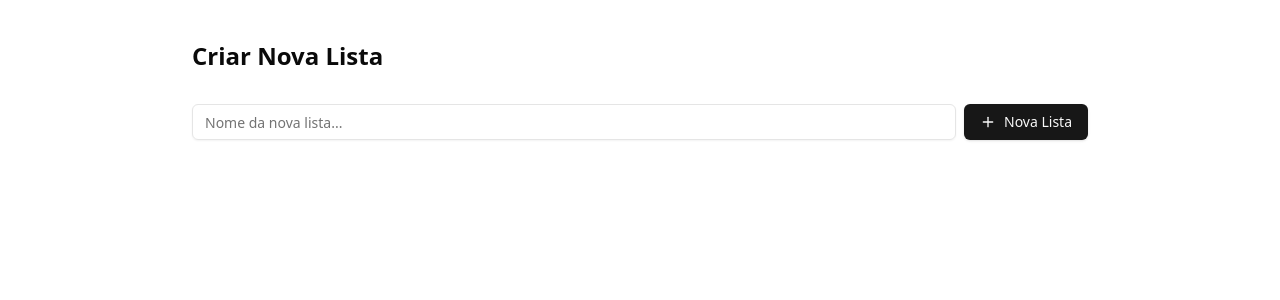
Repository: ribeirosacarlos/ts-frontend
Page: /
An editor plug-in stored every save of this project. The page is shown before and after the next save, followed by the edit.
The browser window is 1280 px wide. The pictures show the whole page.
The page's requests for data from a server got no answer. The project was rebuilt for these pictures with package versions that can differ from the ones it lists, and the page was loaded fresh each time. No one was signed in, and anything a server would have sent is missing. Also part of the build but not shown: vite.config.ts, src/components/ui/checkbox.tsx, src/components/ui/card.tsx.

Above is the page before, as saved 2025-05-15 15:53:01.

### src/App.tsx
import { useEffect, useState } from 'react'
import { Input } from "@/components/ui/input";
import { Button } from "@/components/ui/button";
import { Checkbox } from "@/components/ui/checkbox";
import { Card, CardContent } from "@/components/ui/card";
import { Trash2, Plus } from "lucide-react";

type Task = {
  id: number;
  to_do_list_id: number;
  description: string;
  is_completed: number;
  created_at: string;
  updated_at: string;
}

type TodoList = {
  id: number;
  name: string;
  created_at: string;
  updated_at: string;
  tasks: Task[];
}

function App() {
  const [todoLists, setTodoLists] = useState<TodoList[]>([]);
  const [newTasks, setNewTasks] = useState<{ [key: number]: string }>({});
  const [newListName, setNewListName] = useState("");

  useEffect(() => {
    fetchTodoLists();
  }, []);

  const fetchTodoLists = async () => {
    try {
      const response = await fetch("http://localhost:8080/api/to-do-lists");
      const data = await response.json();
      setTodoLists(data);
    } catch (error) {
      console.error("Erro ao buscar listas:", error);
    }
  };

  const createNewList = async () => {
    if (!newListName.trim()) return;

    try {
      await fetch("http://localhost:8080/api/to-do-lists", {
        method: "POST",
        headers: { "Content-Type": "application/json" },
        body: JSON.stringify({ name: newListName }),
      });
      setNewListName("");
      fetchTodoLists();
    } catch (error) {
      console.error("Erro ao criar lista:", error);
    }
  };

  const deleteList = async (listId: number) => {
    try {
      await fetch(`http://localhost:8080/api/to-do-lists/${listId}`, {
        method: "DELETE",
      });
      fetchTodoLists();
    } catch (error) {
      console.error("Erro ao excluir lista:", error);
    }
  };

  const createTask = async (listId: number) => {
    const taskDescription = newTasks[listId];
    if (!taskDescription?.trim()) return;

    try {
      await fetch("http://localhost:8080/api/tasks", {
        method: "POST",
        headers: { "Content-Type": "application/json" },
        body: JSON.stringify({
          description: taskDescription,
          to_do_list_id: listId
        }),
      });
      setNewTasks(prev => ({ ...prev, [listId]: "" }));
      fetchTodoLists();
    } catch (error) {
      console.error("Erro ao criar tarefa:", error);
    }
  };

  const toggleTask = async (task: Task) => {
    try {
      await fetch(`http://localhost:3333/tasks/${task.id}`, {
        method: "PUT",
        headers: { "Content-Type": "application/json" },
        body: JSON.stringify({
          is_completed: task.is_completed ? 0 : 1,
        }),
      });
      fetchTodoLists();
    } catch (error) {
      console.error("Erro ao atualizar tarefa:", error);
    }
  };

  const deleteTask = async (taskId: number) => {
    try {
      await fetch(`http://localhost:8080/api/tasks/${taskId}`, {
        method: "DELETE",
      });
      fetchTodoLists();
    } catch (error) {
      console.error("Erro ao excluir tarefa:", error);
    }
  };

  return (
    <div className="max-w-4xl mx-auto mt-10 space-y-8">
      <div className="flex items-center justify-between">
        <h2 className="text-2xl font-bold">Criar Nova Lista</h2>
      </div>
        <div className="flex gap-2 mb-8 items-center justify-between">
        <Input
          placeholder="Nome da nova lista..."
          value={newListName}
          onChange={(e: React.ChangeEvent<HTMLInputElement>) => setNewListName(e.target.value)}
          onKeyDown={(e: React.KeyboardEvent<HTMLInputElement>) => {
            if (e.key === "Enter") createNewList();
          }}
        />
        <Button onClick={createNewList} className="flex items-center gap-2">
          <Plus className="h-4 w-4" />
          Nova Lista
        </Button>
      </div>

      {todoLists.map((list) => (
        <div key={list.id} className="space-y-4">
          <div className="flex items-center justify-between">
            <h2 className="text-2xl font-bold">{list.name}</h2>
            <Button
              variant="ghost"
              size="icon"
              className="h-8 w-8"
              onClick={() => deleteList(list.id)}
            >
              <Trash2 className="h-4 w-4" />
            </Button>
          </div>

          <div className="flex gap-2">
            <Input
              placeholder="Digite uma nova tarefa..."
              value={newTasks[list.id] || ""}
              onChange={(e: React.ChangeEvent<HTMLInputElement>) =>
                setNewTasks(prev => ({ ...prev, [list.id]: e.target.value }))
              }
              onKeyDown={(e: React.KeyboardEvent<HTMLInputElement>) => {
                if (e.key === "Enter") createTask(list.id);
              }}
            />
            <Button onClick={() => createTask(list.id)}>Adicionar</Button>
          </div>

          <div className="space-y-2">
            {list.tasks.map((task) => (
              <Card key={task.id}>
                <CardContent className="flex items-center justify-between p-4">
                  <div className="flex items-center gap-2">
                    <Checkbox
                      checked={task.is_completed === 1}
                      onCheckedChange={() => toggleTask(task)}
                    />
                    <span
                      className={`${
                        task.is_completed === 1 ? "line-through text-gray-400" : ""
                      }`}
                    >
                      {task.description}
                    </span>
                  </div>
                  <Button
                    variant="ghost"
                    size="icon"
                    className="h-8 w-8"
                    onClick={() => deleteTask(task.id)}
                  >
                    <Trash2 className="h-4 w-4" />
                  </Button>
                </CardContent>
              </Card>
            ))}
          </div>
        </div>
      ))}
    </div>
  );
}

export default App

### src/components/ui/input.tsx
import * as React from "react"

import { cn } from "@/lib/utils"

const Input = React.forwardRef<HTMLInputElement, React.ComponentProps<"input">>(
  ({ className, type, ...props }, ref) => {
    return (
      <input
        type={type}
        className={cn(
          "flex h-9 w-full rounded-md border border-input bg-transparent px-3 py-1 text-base shadow-sm transition-colors file:border-0 file:bg-transparent file:text-sm file:font-medium file:text-foreground placeholder:text-muted-foreground focus-visible:outline-none focus-visible:ring-1 focus-visible:ring-ring disabled:cursor-not-allowed disabled:opacity-50 md:text-sm",
          className
        )}
        ref={ref}
        {...props}
      />
    )
  }
)
Input.displayName = "Input"

export { Input }

### src/components/ui/button.tsx
import * as React from "react"
import { Slot } from "@radix-ui/react-slot"
import { cva, type VariantProps } from "class-variance-authority"

import { cn } from "@/lib/utils"

const buttonVariants = cva(
  "inline-flex items-center justify-center gap-2 whitespace-nowrap rounded-md text-sm font-medium transition-colors focus-visible:outline-none focus-visible:ring-1 focus-visible:ring-ring disabled:pointer-events-none disabled:opacity-50 [&_svg]:pointer-events-none [&_svg]:size-4 [&_svg]:shrink-0",
  {
    variants: {
      variant: {
        default:
          "bg-primary text-primary-foreground shadow hover:bg-primary/90",
        destructive:
          "bg-destructive text-destructive-foreground shadow-sm hover:bg-destructive/90",
        outline:
          "border border-input bg-background shadow-sm hover:bg-accent hover:text-accent-foreground",
        secondary:
          "bg-secondary text-secondary-foreground shadow-sm hover:bg-secondary/80",
        ghost: "hover:bg-accent hover:text-accent-foreground",
        link: "text-primary underline-offset-4 hover:underline",
      },
      size: {
        default: "h-9 px-4 py-2",
        sm: "h-8 rounded-md px-3 text-xs",
        lg: "h-10 rounded-md px-8",
        icon: "h-9 w-9",
      },
    },
    defaultVariants: {
      variant: "default",
      size: "default",
    },
  }
)

export interface ButtonProps
  extends React.ButtonHTMLAttributes<HTMLButtonElement>,
    VariantProps<typeof buttonVariants> {
  asChild?: boolean
}

const Button = React.forwardRef<HTMLButtonElement, ButtonProps>(
  ({ className, variant, size, asChild = false, ...props }, ref) => {
    const Comp = asChild ? Slot : "button"
    return (
      <Comp
        className={cn(buttonVariants({ variant, size, className }))}
        ref={ref}
        {...props}
      />
    )
  }
)
Button.displayName = "Button"

export { Button, buttonVariants }

Loaded but not shown: index.html (common file); src/main.tsx (common file); src/index.css (common file); src/lib/utils.ts (common file); tailwind.config.js (common file)

After the next save:
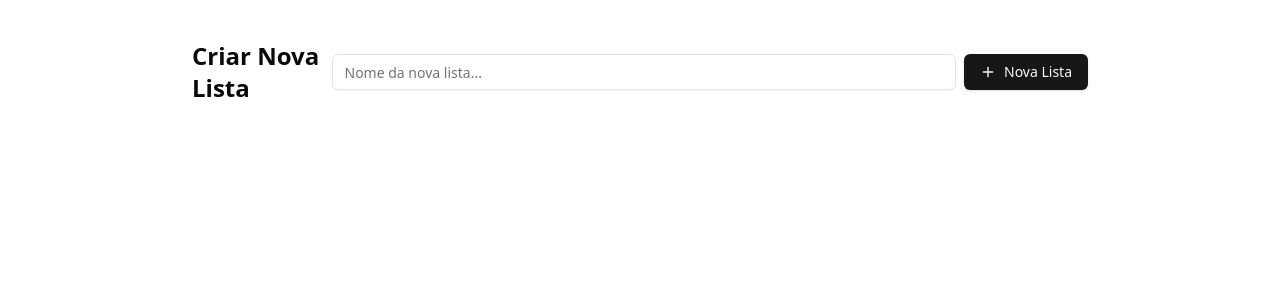
Saved 10 s later.
--- a/src/App.tsx
+++ b/src/App.tsx
@@ -116,10 +116,8 @@ function App() {
 
   return (
     <div className="max-w-4xl mx-auto mt-10 space-y-8">
-      <div className="flex items-center justify-between">
+      <div className="flex gap-2 mb-8 items-center justify-between">
         <h2 className="text-2xl font-bold">Criar Nova Lista</h2>
-      </div>
-        <div className="flex gap-2 mb-8 items-center justify-between">
         <Input
           placeholder="Nome da nova lista..."
           value={newListName}
